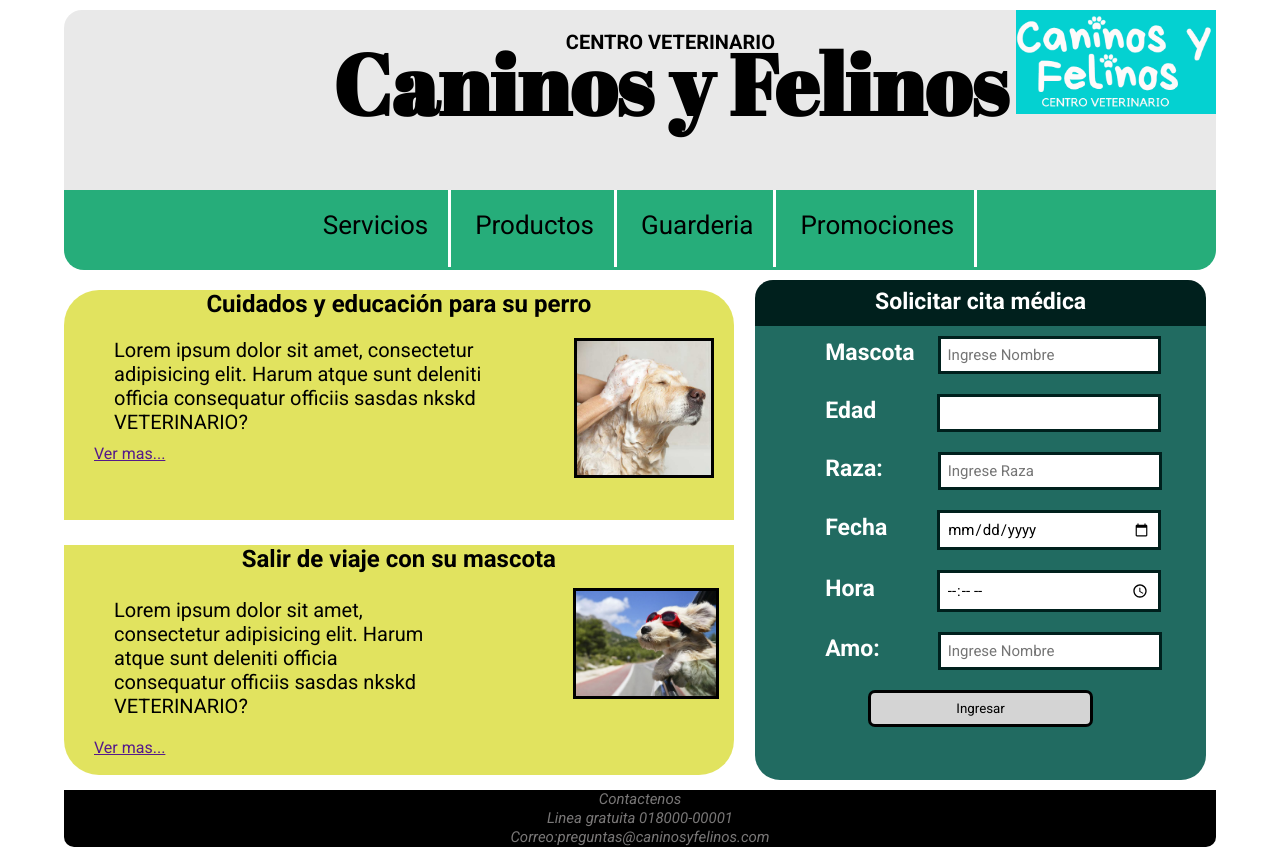
Repository: NickArregoces/Veterinaria
Page: Index.html
An editor plug-in stored every save of this project. The page is shown before and after the next save, followed by the edit.
The browser window is 1280 px wide. The pictures show the whole page.

Above is the page before, as saved 2021-10-08 18:18:12.

### Index.html
<!DOCTYPE html>
<html lang="en">
<head>
    <meta charset="UTF-8">
    <meta http-equiv="X-UA-Compatible" content="IE=edge">
    <meta name="viewport" content="width=device-width, initial-scale=1.0">
    <title>Canicos y felinos</title>
    <link rel="stylesheet" href="/CSS/Style.css">
    <link href="https://fonts.googleapis.com/css2?family=Roboto:ital,wght@0,100;0,300;0,400;0,500;0,700;0,900;1,100;1,300;1,400;1,500;1,700;1,900&display=swap" rel="stylesheet">
    <link rel="preconnect" href="https://fonts.googleapis.com">
    <link rel="preconnect" href="https://fonts.gstatic.com" crossorigin>
    <link href="https://fonts.googleapis.com/css2?family=Abril+Fatface&display=swap" rel="stylesheet">

</head>
<body>
    <div id="head">
        <header>
            <div class="image">
                <img src="/Images/logo.png" alt="logo">
            </div>
            <div class="title" >
                <h3>CENTRO VETERINARIO</h3>
                <h1>Caninos y Felinos</h1>
            </div>

        </header>

        <div class="navegador">
            <ul class="menu">
                <li><a href="#">Servicios</a></li>
                <li><a href="#">Productos</a></li>
                <li><a href="#">Guarderia</a></li>
                <li><a href="#">Promociones</a></li>
            </ul>
        </div>

    </div>
        <div id="Contenido">
            <div class="section">

                <form action="" class="cita">
                    <h3 style="color: rgb(255, 255, 255);">Solicitar cita médica</h3>
                        <div class="Mascota">
                            <h4>Mascota<input type="text" placeholder="Ingrese Nombre" required></h4>
                        </div>

                        <div class="Edad">
                            <h4>Edad<input type="number" required></h4>
                        </div>

                        <div class="Raza">
                            <h4>Raza:<input type="text" placeholder="Ingrese Raza" required></h4>
                        </div>
                        <div class="Fecha">
                            <h4>Fecha<input type="date" placeholder="" required></h4>
                        </div>

                        <div class="Hora">
                            <h4>Hora<input type="time" required></h4>
                        </div>

                        <div class="Amo">
                            <h4>Amo:<input type="text" placeholder="Ingrese Nombre" required></h4>
                        </div>

                    <div class="button">
                        <button class="sumbit"> Ingresar </button>
                    </div>

                </form>
            </div>

            <div id="Cuadros">
                <aside>
                    <div class="Cuidados">
                        <h2 style="color: rgb(0, 0, 0);">Cuidados y educación para su perro</h2>

                        <div id="Prueba">
                            <img id="Prubea" src="/Images/credit.png" alt="">


                            <p>Lorem ipsum dolor sit amet, consectetur adipisicing elit.
                                Harum atque sunt deleniti officia consequatur officiis
                                sasdas nkskd VETERINARIO?</p>

                            <div class="vinculo"><a href="">Ver mas...</a></div>
                        </div>

                    </div>

                    <div class="Viajes">
                        <h2 style="color: rgb(0, 0, 0);">Salir de viaje con su mascota</h2>

                        <div id="Prueba">
                            <img id="Prubea" src="/Images/Wallpaper(80).jpg" alt="">

                            <p>Lorem ipsum dolor sit amet, consectetur adipisicing elit.
                            Harum atque sunt deleniti officia consequatur officiis
                            sasdas nkskd VETERINARIO?</p>

                            <div class="vinculo1"><a href="">Ver mas...</a></div>
                        </div>
                    </div>
                </aside>
            </div>

            <div>
                <footer>
                        <p>Contactenos</p>
                        <p>Linea gratuita 018000-00001</p>
                        <p>Correo:preguntas@caninosyfelinos.com</p>
                </footer>
            </div>
        </div>

</body>
</html>

### CSS/Style.css

*{
    margin: 0 auto;
    padding: 0px;
    list-style:none;
    font-family: 'Roboto', sans-serif;
}
body{
    font-family: Arial, Helvetica, sans-serif;
    background: rgb(255, 255, 255);
    width: 90%;
    color: rgb(0, 0, 0);
}
header{
    width: 100%;
    margin-top: 10px;
    background:rgb(233, 233, 233);
    border-top-left-radius:  18px;
    border-top-right-radius:  18px;
    height: 180px;
}
    img{
        float: right;
        width: 200px;
    }
    .title{
        float: right;
        width: 60%;
        margin-top: 20px;
    }
    header h1{
        font-family: 'Abril Fatface', cursive;
        font-size: 85px;
        text-align: center;
        line-height: 60px;
        display: block;
        color: black;
    }
    header h3{
        font-size: 20px;
        text-align: center;
    }
div.navegador{
    text-align: center;
}
    ul.menu{
        border-bottom-left-radius: 20px 20px;
        border-bottom-right-radius: 20px 20px;
        background: rgb(38, 173, 122);
        height: 80px;
        list-style: none;
        padding: 0;
        max-width: 10000px;
    }
    .menu li a{
        height: 37px;
        font-size: 26px;
        margin-right: 1px;
        text-decoration: none;
        color:black;
        padding: 20px;
        display: table-cell;
    }
    .menu li {
        border-right: solid white;
        display: inline-block;
        }
    .menu li a:hover{
        background: #242323b6;
        color: white;
        }

.section{
    width: 40%;
    float: right;
}
    /*Formulario Login*/
    form{
        background: rgb(33, 107, 97);
        border-radius: 25px;
        margin-top: 10px;
        margin-right:10px;
        margin-bottom: 10px;
        height: 500px;
    }
        form h3{
            font-size: 23px;
            text-align: center;
            background: rgb(0, 32, 29);
            height: 30px;
            padding: 8px;
            border-top-left-radius: 18px;
            border-top-right-radius: 18px;
        }
        form h4{
            font-size: 23px;
            padding: 10px;
            margin-left: 60px;
            color: rgb(255, 255, 255);

        }
        form input{
            font-size: 15px;
            width: 55%;
            padding: 7px;
            display: inline;
            border: solid rgb(0, 32, 29);
            margin-left: 10px;
        }
        div.Mascota input {
            margin-left: 23px;
        }
        div.Edad input {
            margin-left: 61px;
        }
        div.Raza input {
            margin-left: 55px;
        }
        div.Fecha input {
            margin-left: 50px;
        }
        div.Hora input {
            margin-left: 62px;
        }
        div.Amo input {
            margin-left: 58px;
        }
        div.button{
            margin-top: 10px;
            margin: auto;
            text-align: center;
            width: 50%;
            cursor: pointer;
        }
        button{
            margin-top: 10px;
            width: 100%;
            padding: 8px;
            background: rgb(212, 212, 212);
            border-radius: 7px;
            border: solid black;
            cursor: pointer;
        }
        button:hover{
            background: #000000b6;
            color: rgb(255, 255, 255);
        }
aside{
    width: 59%;
    height: 500px;
    margin-top: 10px;
    float: left;
    margin-bottom: 10px;
}
    div.Cuidados{
        height: 230px;
        border-top-left-radius: 35px;
        border-top-right-radius: 35px;
        margin-top: 10px;
        margin-right: 10px;
        background: rgba(216, 219, 45, 0.76);
        overflow:hidden;
    }
    /*Centrado Imagenes aside*/
    #Prueba{
        float: right;
    }
        div.Cuidados h2{
            text-align: center;
        }
        div.Cuidados img {
            margin: 20px;
            width: 20%;
            border: solid black;
        }
        /*Efecto Imagenes aside*/
        div img:hover{
            -webkit-transform:scale(0.9);
            transform:scale(0.9);
        }
        div.Cuidados p{
            font-size: 20px;
            margin-top: 20px;
            margin-left: 50px;
            width: 60%;
            display: inline-block;
        }
        div.Cuidados a{
            position: absolute;
            margin-left: 30px;
            margin-top: 10px;
        }

    div.Viajes {
        height: 230px;
        border-bottom-right-radius: 35px;
        border-bottom-left-radius: 35px;
        margin-top: 25px;
        margin-right: 10px;
        background: rgba(216, 219, 45, 0.76);
        overflow: hidden;
    }
        div.Viajes h2{
            text-align: center;
        }
        div.Viajes img {
            width: 140px;
            margin: 15px;
            border: solid black;
        }
        div.Viajes p{
            font-size: 20px;
            margin-top: 25px;
            margin-left: 50px;
            width: 50%;
            display: inline-block;
        }
        div.vinculo1 a{
            position: absolute;
            margin-left: 30px;
            margin-top: 20px;
        }

footer{
    background: black;
    clear: both;
    border-bottom-left-radius: 10px;
    border-bottom-right-radius: 10px;
}
    footer p{
        font-size: 15px;
        text-align: center;
        line-height: 15px;
        color: rgb(121, 119, 119);
        font-style:italic;
        padding: 2px;
    }

After the next save:
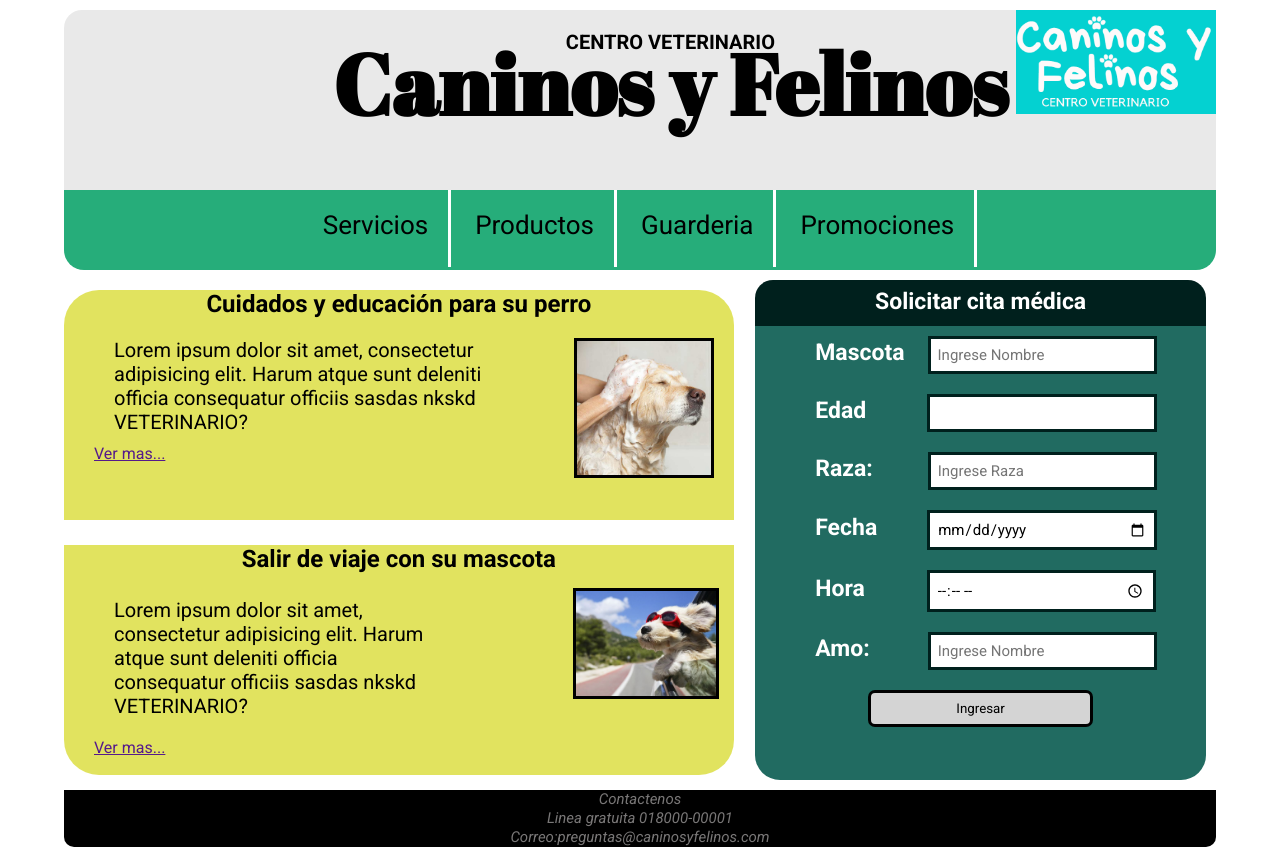
Saved 2 min 59 s later.
--- a/CSS/Style.css
+++ b/CSS/Style.css
@@ -95,7 +95,7 @@ div.navegador{
         form h4{
             font-size: 23px;
             padding: 10px;
-            margin-left: 60px;
+            margin-left: 50px;
             color: rgb(255, 255, 255);
 
         }
